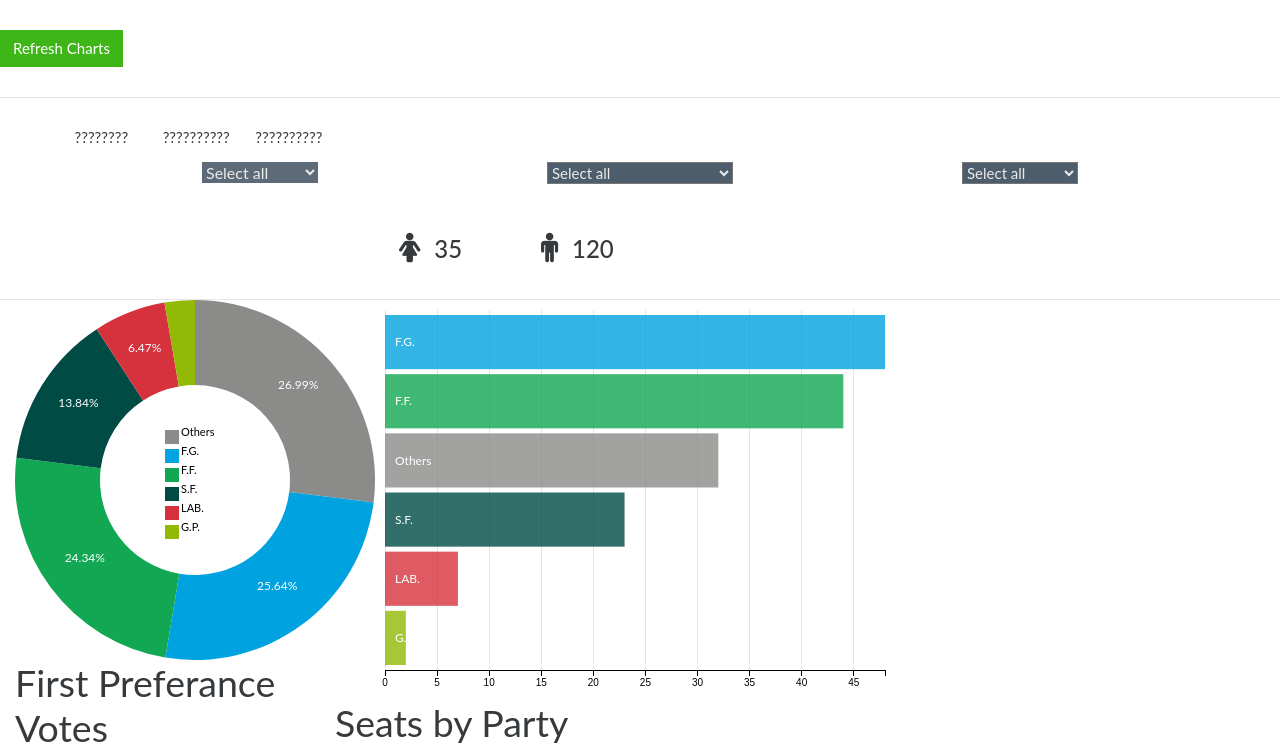
Repository: pauldardis/project-2-test
Page: index.html
The author's editor kept a record of every edit. The page is drawn from the files as they stood at one moment, then again after the next edit.
The browser window is 1280 px wide. The pictures show the whole page.

Above is the page before.
Console error: TypeError: Cannot read properties of null (reading 'textContent')

### index.html
<!DOCTYPE html>
<html lang="en">

<head>
    <meta charset="UTF-8">
    <meta name="viewport" content="width=device-width, initial-scale=1.0">
    <meta http-equiv="X-UA-Compatible" content="ie=edge">
    <title>Dashboard</title>

    <link rel="stylesheet" href="assets/css/bootstrap.min.css" type="text/css" />
    <link rel="stylesheet" href="assets/css/dc.min.css" type="text/css" />
    <link rel="stylesheet" type="text/css" href="https://maxcdn.bootstrapcdn.com/font-awesome/4.7.0/css/font-awesome.min.css">
    <link rel="stylesheet" href="assets/css/style.css" type="text/css" />


    <script type="text/javascript" src="assets/js/d3.min.js"></script>
    <script type="text/javascript" src="assets/js/crossfilter.min.js"></script>
    <script type="text/javascript" src="assets/js/dc.min.js"></script>
    <script type="text/javascript" src="assets/js/queue.min.js"></script>
    <script type="text/javascript" src="assets/js/graps.js"></script>

</head>

<body>

    <section class="section">
        <div id="refresh-button">
            <button type="submit" class="btn btn-success" onClick="refreshPage()">Refresh Charts</button>
        </div>
    </section>




    <section class="section">
        <div class="container">
            <div class="row">
                <div class="row">
                    <div class="col-xs-12 col-sm-4 text-center">
                        <p class="section-paragraph">????????</p>
                    </div>
                    <div class="col-xs-12 col-sm-4 text-center">
                        <p class="section-paragraph">??????????</p>
                    </div>
                    <div class="col-xs-12 col-sm-4 text-center">
                        <p class="section-paragraph">??????????</p>
                    </div>
                </div>
                <div class="container">
                    <div class="row">
                        <div class="col-xs-12 col-sm-4 col-md-4 col-lg-4 text-center custom-chart" id="region-selector"></div>
                        <div class="col-xs-12 col-sm-4 col-md-4 col-lg-4 text-center custom-chart" id="constituency-selector"></div>
                        <div class="col-xs-12 col-sm-4 col-md-4 col-lg-4 text-center custom-chart" id="elected-selector"></div>
                    </div>
                </div>
            </div>
        </div>
        <div class="row col-12"></div>
        <div class="col-xs-12 col-sm-12 col-lg-12 gender-box">
            <i class="fa fa-female fa-gender" aria-hidden="true"></i> <span class="number-box" id="count-of-women-elected"></span>
            <i class="fa fa-male fa-gender" aria-hidden="true"></i> <span class="number-box" id="count-of-men-elected"></span>
        </div>
    </section>

    <section>
        <div class="container-fluid">
            <div class="row">
                <div class="col-xs-12 col-sm-6 col-md-3 col-lg-3">
                    <div>
                        <div>
                            <div class=" " id="party_first_preference_graphs"></div>
                            <h1><strong>First Preferance Votes</strong></h1>
                        </div>
                    </div>
                </div>
                <div class="col-xs-12 col-sm-6 col-md-3 col-lg-3">
                    <div>
                        <div>
                            <div class="" id="candidate-graph"></div>
                            <h1><strong>Seats by Party</strong></h1>
                        </div>
                    </div>
                </div>
                <div class="col-xs-12 col-sm-6 col-md-3 col-lg-3">
                    <div>
                        <div>
                            <div class="" id="xx">
                            </div>
                        </div>
                    </div>
                </div>
                <div class="col-xs-12 col-sm-6 col-md-3 col-lg-3">
                    <div>
                        <div>
                            <!--<div class="" id="candidate-graph">-->
                            </div>
                        </div>
                    </div>
                </div>
            </div>
    </section>



<!--<div class="" id="candidate-graph"></div>-->
<!--<div class="" id="candidate-graph-v2"></div>-->







    <!--<div class="col-xs-12 col-sm-6 col-md-3 col-lg-3 " id="party_first_preference_graphs"></div>-->
    <!--<div class="col-xs-12 col-sm-6 col-md-3 col-lg-3 text-center" id="party_total_votes_graphs"></div>-->
    <!--<div class="col-xs-12 col-sm-6 col-md-3 col-lg-3 text-center" id="candidate-first-preferance-graph"></div>-->
    <!--<div class="col-xs-12 col-sm-6 col-md-3 col-lg-3 text-center" id="candidate-total-votes-graph"></div>-->


    <section>
        <div class="container">
            <div class="row">
                <!--<div class="col-xs-12 col-sm-4 text-center" id="candidate-first-preferance-graph"></div>-->
                <!--<div class="col-xs-12 col-sm-4 text-center" id="candidate-total-votes-graph"></div>-->
            </div>
        </div>
    </section>








</body>

</html>

### assets/css/style.css
.gender-box {
	display: block;
	margin-left: auto;
	margin-right: auto;
	width: 40%;
}


.graph-box {
	display: block;
	margin-left: auto;
	margin-right: auto;
}


/*This removes the gridlines on the row chart but causes issue with x axesis */
/*.tick  { */
/*    display: none;*/
/*     }*/








/*.row {*/
/*	margin: 0px;*/
/*	padding: 0px;*/
/*}*/

/*.container {*/
/*	margin: 0px;*/
/*	padding: 0px;*/
/*}*/








.navbar-default {
	background-image: none;
	margin-bottom: 0;
}

.section-heading,
#discipline-selector {
	display: inline-block;
	float: none;
	margin: 0;
}

.section-heading {
	margin-bottom: 50px;
}

#discipline-selector {
	margin-left: 15px;
}

.number-box {
	margin-right: 75px;
}

.number-box,
.fa.fa-gender {
	font-size: 30px;
	font-weight: 500;
}

.fa-gender {
	margin-right: 10px;
}

.custom-chart {
	margin-bottom: 40px;
}

.section {
	border-bottom: 1px solid #e6e6e6;
	padding: 30px 0;
}

.section-paragraph {
	line-height: 1.2;
}

@import url("https://fonts.googleapis.com/css?family=Lato:300,400&display=swap");

/* BODY & HTML */
body {
    font-family: "Lato", sans-serif;
    font-weight: 400;
}

body,
html {
    width: 100%;
    height: 100%;
    padding: 0;
    margin: 0;
}

/* HEADINGS */
/* Styling of the dashboard title */

h1 {
    margin: 0;
}

/* Styling of heading 2 */

h2 {
    font-size: 1rem;
    font-weight: 300;
    margin-bottom: 0;
    margin-top: 15px;
}

/* SPINNER */
/* Spinner on data loading
spinner animation found on CodePen: https://codepen.io/judecodes/pen/PrBOvG?&page=1 */

.loader {
    z-index: 99;
    width: 200px;
    height: 200px;
    border-radius: 50%;
    border-top: 2px solid #2477b4;
    border-bottom: 2px solid transparent;
    border-left: 2px solid transparent;
    border-right: 2px solid transparent;
    animation: spin 3s linear infinite forwards;

    position: absolute;
    top: 0;
    bottom: 0;
    left: 0;
    right: 0;
    margin: auto;
}

.loader::before,
.loader::after {
    content: "";
    position: absolute;
    border-radius: 50%;
    border-top: 2px solid #2477b4;
    border-bottom: 2px solid transparent;
    border-left: 2px solid transparent;
    border-right: 2px solid transparent;
}

.loader::before {
    top: 7px;
    left: 7px;
    width: 178px;
    height: 178px;
    border-top: 2px solid #e6562e;
    animation: spin 2s linear infinite forwards;
}

.loader::after {
    top: 16px;
    left: 16px;
    width: 160px;
    height: 160px;
    border-top: 2px solid #f2893c;
    animation: spin 1s linear infinite forwards;
}

@keyframes spin {
    to {
        transform: rotate(360deg);
    }
}

/* Overlay styled to dim the background for spinner */

#overlay {
    z-index: 98;
    position: fixed;
    top: 0;
    left: 0;
    height: 100%;
    width: 100%;
    background: rgba(0, 0, 0, .5);
}

/* BACK TO TOP BUTTON */
/* Back to top button inspired by this Codepen solution: https://codepen.io/matthewcain/pen/ZepbeR */

#button {
    display: inline-block;
    background-color: transparent;
    color: #DF691A;
    border: 1px solid #DF691A;
    width: 50px;
    height: 50px;
    text-align: center;
    border-radius: 3px;
    position: fixed;
    bottom: 30px;
    right: 30px;
    transition: background-color .3s,
    opacity .5s, visibility .5s;
    opacity: 0;
    visibility: hidden;
    z-index: 97;
}

#button::after {
    content: "\f077";
    font-family: FontAwesome;
    font-weight: normal;
    font-style: normal;
    font-size: 2em;
    line-height: 50px;
}

#button:active {
    color: #ffffff;
    background-color: #DF691A;
}

#button.show {
    opacity: 1;
    visibility: visible;
}

/* REGIONAL SELECTOR */
/* Region selector menu styling */

#region-selector select {
    background: #5d6b78;
    border: #445360;
    color: #ebebeb;
    font-size: 1rem;
}

/* Select menu styling to match bootstrap theme */

select {
    background: #4e5d6c;
    color: #ebebeb;
}

/* CARDS */
/* Increasing size of font awesome icons */

.fa {
    font-size: 3rem;
}


/* Styles for tiles/cards */

.tile-s1,
.tile-s2,
.tile-s3 {
    max-width: 45rem;
}

.tile-s3 {
    min-height: 20rem;
}

.tile-s3 span {
    font-size: 1.5rem;
}

.tile-s4 {
    max-width: 70rem;
}

/* Card titles and filter label styled to uppercase */

.card-header,
.selector-label {
    text-transform: uppercase;
}

/* Number box font size increased to make it more prominent */

.number-box span {
    font-size: 1.5rem;
}

/* Shadow added to the chart tiles */

.shadow-box {
    box-shadow: 4px 4px 7px 0px rgba(61, 78, 94, 1);
}

/* Charts styling to fix the issue of responsiveness */

#composite-hour,
#composite-month {
    height: 300px;
    width: 750px;
}

/* Increasing the size of a viewbox so charts are bigger */

#accidents-severity,
#rd-type-split {
    height: 400px;
    width: 460px;
}

#severity-distribution {
    height: 400px;
    width: 380px;
}

/* DATA COUNT & RESET
/* Changing default margins to create some space between count feature and other sections */

.dc-data-count {
    margin: 10px 0;
}

/* Reset button  - border-radius added to match back0to0top button and shadow box removed*/

#reset-button {
    border-radius: 3px;
}

#reset-button:focus {
    box-shadow: none;
}

/* FOOTER */
/* adding margin so footer ellements have some space inbetween on smaller devices */

.footer-item {
    margin-bottom: 10px;
}

/* Underlining removed from all links */

a:hover {
    text-decoration: none;
}

/* MEDIA QUERIES */

@media only screen and (min-width: 1200px) {

    .tile-s2 {
        min-height: 30rem;
    }

}

@media only screen and (max-width: 1200px) {

    h1 {
        font-size: 1.9rem;
    }

    #stacked-chart {
        max-width: 70rem;
    }

}

@media only screen and (max-width: 992px) {

    .card-header {
        font-size: 0.7rem;
    }

    .number-box span {
        font-size: 1.2rem;
    }

}

/* media query created to make number display element look better, to add more space between the chart and the number */

@media only screen and (max-width: 767px) {

    .number-box span {
        font-size: 1.5rem;
    }

    .card-header,
    .selector-label {
        font-size: 0.8rem;
    }

    #accidents-severity,
    #rd-type-split {
        height: 360px;
        width: 440px;
    }

    #severity-distribution {
        height: 370px;
        width: 360px;
    }

}

/* Adjustments to font sizes to avoid line break */

@media only screen and (max-width: 576px) {

    h1 {
        font-size: 2rem;
    }

    .card-header,
    .selector-label {
        font-size: 1rem;
    }

    .navbar-brand {
        font-size: 1rem;
    }

    /* height adjusted to reduce space at top and the bottom of the chart (within the card) */
    #composite-hour,
    #composite-month {
        height: 120px;
    }

    #accidents-severity,
    #rd-type-split {
        height: 260px;
    }

}

@media only screen and (max-width: 375px) {

    #severity-distribution {
        height: 250px;
    }

}

/* Solution to sticky hover on mobile devices found here: https://medium.com/@ferie/detect-a-touch-device-with-only-css-9f8e30fa1134 */

@media (hover: hover) {

    #button:hover {
        cursor: pointer;
        background-color: #DF691A;
        color: #ffffff;
    }

}

### assets/js/graps.js
queue()
    .defer(d3.csv, "assets/data/election-2016.csv")
    .await(makeGraphs);



function makeGraphs(error, salesData) {
    var ndx = crossfilter(salesData);



    // these are the working graphs
    region_selector(ndx);
    constituency_selector(ndx);
    elected_selector(ndx);
    show_count_elected_by_gender(ndx, "F", "#count-of-women-elected");
    show_count_elected_by_gender(ndx, "M", "#count-of-men-elected");
    show_count_candidate_gender(ndx, "F", "#count-of-women-elected_1");
    show_count_candidate_gender(ndx, "M", "#count-of-men-elected_1");
    party_first_preference_graphs(ndx);
    candidate_graphs(ndx);






    // these are the graphs in test

    party_total_votes_graphs(ndx);
    candidate_first_preferance_graphs(ndx);
    candidate_total_votes_graphs(ndx);
    candidate_graphs_v2(ndx);


    dc.renderAll();
}


// This is the working section



function refreshPage() {
    window.location.reload();
}

function region_selector(ndx) {
    var dim = ndx.dimension(dc.pluck('Region'));
    group = dim.group();

    dc.selectMenu("#region-selector")
        .dimension(dim)
        .group(group);
}

function constituency_selector(ndx) {
    var dim = ndx.dimension(dc.pluck('Constituency_Name'));
    group = dim.group();

    dc.selectMenu("#constituency-selector")
        .dimension(dim)
        .group(group);
}

function elected_selector(ndx) {
    var dim = ndx.dimension(dc.pluck('Result'));
    group = dim.group();

    dc.selectMenu("#elected-selector")
        .dimension(dim)
        .group(group);
}















function party_first_preference_graphs(ndx) {

    var dim = ndx.dimension(dc.pluck('Party_Abbreviation'));
    var group = dim.group().reduceSum(dc.pluck('Count_1'));

    dc.pieChart('#party_first_preference_graphs')
        .height(360)
        .width(360)
        .innerRadius(95)
        .transitionDuration(1500)
        .colors(d3.scale.ordinal().range(["#8B8C8A", "#00A3DF", "#12A853", "#014B45", "#D6323D", "#91B905"]))
        .dimension(dim)
        .renderLabel(true)
        .legend(dc.legend().x(150).y(130).itemHeight(14).gap(5))
        .title(function(d) {
            return d.key + ": " + ((d.value / d3.sum(group.all(),
                function(d) { return d.value; })) * 100).toFixed(2) + "%";
        })
        .on("pretransition", function(chart) {
            chart.selectAll("text.pie-slice").text(function(d) {
                if (dc.utils.printSingleValue(
                        (d.endAngle - d.startAngle) /
                        (2 * Math.PI) * 100) >= 6) {
                    return dc.utils.printSingleValue(
                        (d.endAngle - d.startAngle) /
                        (2 * Math.PI) * 100) + "%";
                }
            })
        })
        .group(group);
}


function candidate_graphs(ndx) {
    var dim = ndx.dimension(dc.pluck('Party_Abbreviation'));
    var group = dim.group().reduceSum(dc.pluck('Seat'));

    dc.rowChart("#candidate-graph")
        .width(600)
        .height(400)
        .colors(d3.scale.ordinal().range(["#00A3DF", "#12A853", "#8B8C8A", "#014B45", "#D6323D", "#91B905"]))
        .margins({ top: 10, right: 50, bottom: 30, left: 50 })
        .dimension(dim)
        .transitionDuration(1500)
        .elasticX(true)
        .group(group);
}



function show_count_elected_by_gender(ndx, gender, element) {
    var countThatAreElected = ndx.groupAll().reduce(
        function(p, v) {
            if (v.Gender === gender) {
                p.count++;
                if (v.Result === "Elected") {
                    p.are_elected++;
                }
            }
            return p;
        },
        function(p, v) {
            if (v.Gender === gender) {
                p.count--;
                if (v.Result === "Elected") {
                    p.are_elected--;
                }
            }
            return p;
        },
        function() {
            return { count: 0, are_elected: 0 };
        },
    );


    dc.numberDisplay(element)
        // .formatNumber(d3.format("2.s"))
        .valueAccessor(function(d) {
            if (d.count == 0) {
                return 0;
            }
            else {
                return (d.are_elected);
            }
        })
        .transitionDuration(1500)
        .group(countThatAreElected)
}




































//this is the testing section


function show_count_candidate_gender(ndx, gender, element) {
    var countThatArecandidate = ndx.groupAll().reduce(
        function(p, v) {
            if (v.Gender === gender) {
                p.count++;
                if (v.Result === "Excluded") {
                    p.are_excluded++;
                }
            }
            return p;
        },
        function(p, v) {
            if (v.Gender === gender) {
                p.count--;
                if (v.Result === "Excluded") {
                    p.are_excluded--;
                }
            }
            return p;
        },
        function() {
            return { count: 0, are_excluded: 0 };
        },
    );


    dc.numberDisplay(element)
        // .formatNumber(d3.format("2.s"))
        .valueAccessor(function(d) {
            if (d.count == 0) {
                return 0;
            }
            else {
                return (d.are_excluded);
            }
        })
        .transitionDuration(1500)
        .group(countThatArecandidate)
}





function candidate_graphs_v2(ndx) {

    var partyColors = d3.scale.ordinal()
        .domain(["F.G.", "F.F.", "Others", "S.F.", "LAB.", "G.P."])
        .range(["pink", "blue", "red", "yellow", "black", "green"]);

    var dim = ndx.dimension(dc.pluck('Party_Abbreviation'));
    var group = dim.group().reduceSum(dc.pluck('Seat'));


    var party_color = ndx.dimension(function(d) {
        return [d.Party_Abbreviation, d.Seat];
    });

    var partyGroup = party_color.group();

    // console.log(group.all());


    dc.barChart("#candidate-graph-v2")
        .width(1000)
        .height(300)
        .margins({ top: 10, right: 50, bottom: 30, left: 50 })
        .dimension(dim)
        // .colorAccessor(function(d) {
        //     return d.key[0];
        // })
        .colors(d3.scale.ordinal().range(["#e6550e", "#fd8c3d", "#3182bc", "#fd8c3d", "#fd8c3d", "#fd8c3d", "#fd8c3d"]))
        .group(group)
        .x(d3.scale.ordinal())
        .xUnits(dc.units.ordinal)
        .elasticY(true)
        .xAxisLabel("Region")
        .yAxis().ticks(10);


}


function party_total_votes_graphs(ndx) {
    var dim = ndx.dimension(dc.pluck('Party_Abbreviation'));
    var group = dim.group().reduceSum(dc.pluck('Seat'));

    dc.pieChart('#party_total_votes_graphs') /* targeting the div where we want the pie chart*/
        .height(360)
        .width(360)
        .innerRadius(95)
        .transitionDuration(1500)
        // .colors(d3.scale.ordinal().range(["#3182bc", "#fd8c3d", "#e6550e"]))
        .dimension(dim)
        .renderLabel(true)
        .legend(dc.legend().x(150).y(130).itemHeight(14).gap(5))
        // .radius(360)
        .group(group)
        .title();
}















// function party_total_votes_graphs(ndx) {

//     var dim = ndx.dimension(dc.pluck('Party_Abbreviation'));
//     var group = dim.group().reduceSum(dc.pluck('Total_Votes'));

//     dc.pieChart('#party_total_votes_graphs') /* targeting the div where we want the pie chart*/
//         .height(360)
//         .width(360)
//         .innerRadius(95)
//         .transitionDuration(1500)
//         // .colors(d3.scale.ordinal().range(["#3182bc", "#fd8c3d", "#e6550e"]))
//         .dimension(dim)
//         .renderLabel(true)
//         .legend(dc.legend().x(110).y(150).itemHeight(13).gap(5))
//         // .title(function(d) {
//         //     return d.key + ": " + ((d.value / d3.sum(group.all(),
//         //         function(d) { return d.value; })) * 100).toFixed(0) + "%";
//         // })
//         .on("pretransition", function(chart)
//         {
//             chart.selectAll("text.pie-slice").text(function(d) {
//                 if (dc.utils.printSingleValue(
//                         (d.endAngle - d.startAngle) /
//                         (2 * Math.PI) * 100) >= 6) {
//                     return dc.utils.printSingleValue(
//                         (d.endAngle - d.startAngle) /
//                         (2 * Math.PI) * 100) + "%";
//                 }
//             }
//             )
//             chart.select("svg")
//                 .attr("height", "100%")
//                 .attr("width", "100%")
//                 .attr("viewBox", "0 0 360 360");
//             chart.selectAll(".dc-legend-item text")
//                 .attr("fill", "#1D47FF")
//                 .text("")
//                 .append("tspan")
//                 .text(function(d) { return d.name; })
//                 .attr("x", 70)
//                 .attr("text-anchor", "end");
//         })
//         .group(group);
// }










function candidate_first_preferance_graphs(ndx) {
    var dim = ndx.dimension(dc.pluck('Candidate'));
    var group = dim.group().reduceSum(dc.pluck('Count_1'));


    dc.pieChart('#candidate-first-preferance-graph') /* targeting the div where we want the pie chart*/
        .height(360)
        .width(360)
        .radius(360)
        .innerRadius(95)
        .transitionDuration(1500)
        .dimension(dim)
        .group(group);
}

function candidate_total_votes_graphs(ndx) {
    var dim = ndx.dimension(dc.pluck('Candidate'));
    var group = dim.group().reduceSum(dc.pluck('Total_Votes'));


    dc.pieChart('#candidate-total-votes-graph') /* targeting the div where we want the pie chart*/
        .height(250)
        .radius(100)
        .innerRadius(30)
        .transitionDuration(1500)
        .dimension(dim)
        .group(group);
}












// Everything under here is in test















































// function show_revenue_graphs(ndx) {
//     var dim = ndx.dimension(dc.pluck('Candidate'));
//     var group = dim.group().reduceSum(dc.pluck('Total_Votes'));
//     // var group = dim.group();

//     dc.rowChart("#revenue-graph")
//         .width(600)
//         .height(2000)
//         .margins({ top: 10, right: 50, bottom: 30, left: 50 })
//         .dimension(dim)
//         .group(group);
// .transitionDuration(500)
// .x(d3.scale.ordinal())
// .xUnits(dc.units.ordinal)
// .elasticY(true)
// .xAxisLabel("Region")
// .yAxis().ticks(10);


// }


// function candidate_graphs(ndx) {
//     var dim = ndx.dimension(dc.pluck('Candidate'));
//     var group = dim.group().reduceSum(dc.pluck('Constituency_Name'));

//     dc.barChart("#candidate-graph")
//         .width(600)
//         .height(300)
//         .margins({ top: 10, right: 50, bottom: 30, left: 50 })
//         .dimension(dim)
//         .group(group)
//         .transitionDuration(500)
//         .x(d3.scale.ordinal())
//         .xUnits(dc.units.ordinal)
//         .elasticY(true)
//         .xAxisLabel("Region")
//         .yAxis().ticks(10);

// }

Loaded but not shown: assets/css/bootstrap.min.css (library); assets/css/dc.min.css (library); assets/js/d3.min.js (library); assets/js/crossfilter.min.js (library); assets/js/dc.min.js (library); assets/js/queue.min.js (common file)

After the next edit:
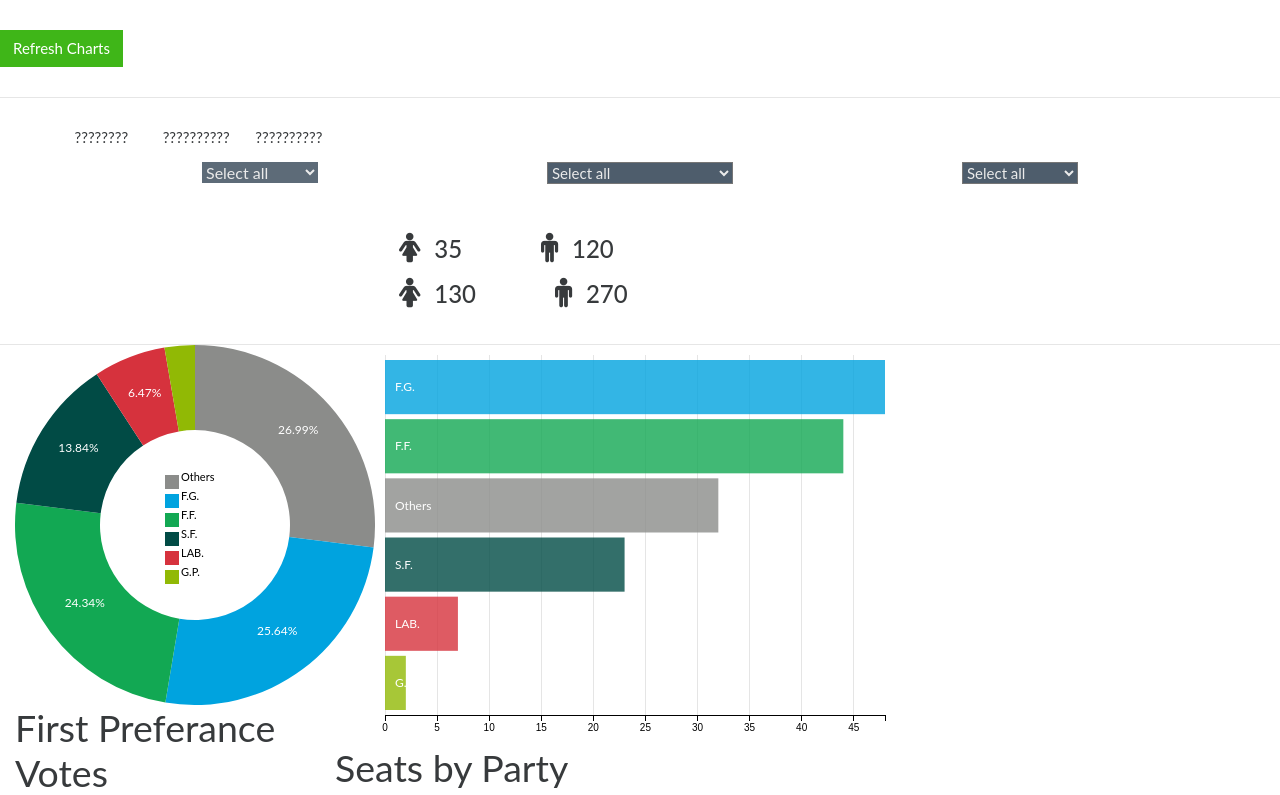
The edit:
--- a/index.html
+++ b/index.html
@@ -60,6 +60,10 @@
             <i class="fa fa-female fa-gender" aria-hidden="true"></i> <span class="number-box" id="count-of-women-elected"></span>
             <i class="fa fa-male fa-gender" aria-hidden="true"></i> <span class="number-box" id="count-of-men-elected"></span>
         </div>
+        <div class="col-xs-12 col-sm-12 col-lg-12 gender-box">
+            <i class="fa fa-female fa-gender" aria-hidden="true"></i> <span class="number-box" id="count-of-women-elected_1"></span>
+            <i class="fa fa-male fa-gender" aria-hidden="true"></i> <span class="number-box" id="count-of-men-elected_1"></span>
+        </div>
     </section>
 
     <section>
@@ -93,17 +97,17 @@
                     <div>
                         <div>
                             <!--<div class="" id="candidate-graph">-->
-                            </div>
                         </div>
                     </div>
                 </div>
             </div>
+        </div>
     </section>
 
 
 
-<!--<div class="" id="candidate-graph"></div>-->
-<!--<div class="" id="candidate-graph-v2"></div>-->
+    <!--<div class="" id="candidate-graph"></div>-->
+    <!--<div class="" id="candidate-graph-v2"></div>-->
 
 
 
